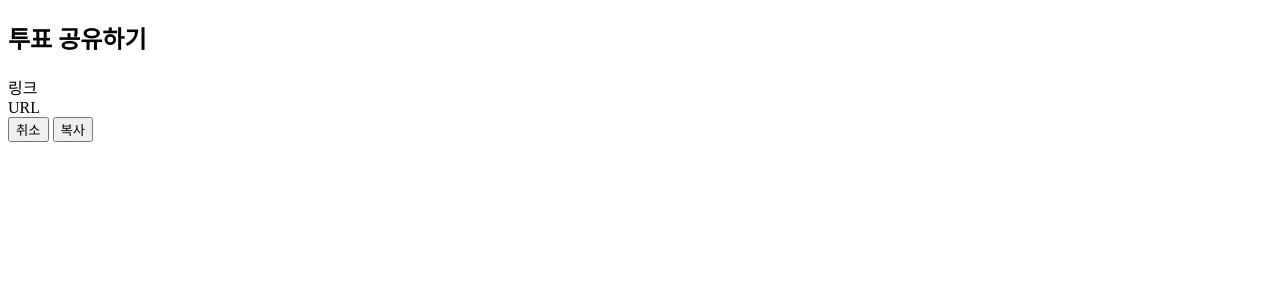
Repository: binigy97/VoteStie
Page: voteWeb/src/main/webapp/makeURL.html
The author's editor kept a copy of each file at every save. The page is drawn from the files as they stood at one save, then again after the next save.
The browser window is 1280 px wide. The pictures show the whole page.

Above is the page before, as saved 2022-02-26 20:25:06.

After the next save:
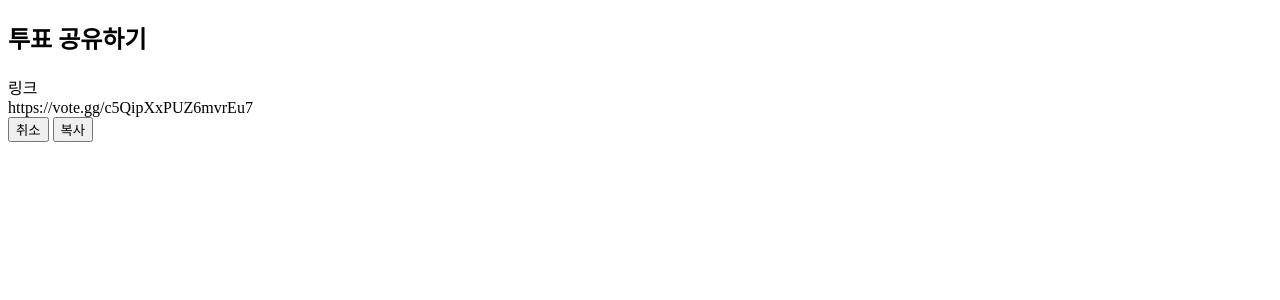
Saved 91 s later.
--- a/voteWeb/src/main/webapp/makeURL.html
+++ b/voteWeb/src/main/webapp/makeURL.html
@@ -11,7 +11,7 @@
 <div>
 	<h2>투표 공유하기</h2>
 	<div>링크</div>
-	<div id="url">URL</div>
+	<div id="url">https://vote.gg/c5QipXxPUZ6mvrEu7</div>
 	<div>
 		<button>취소</button>
 		<button>복사</button>
